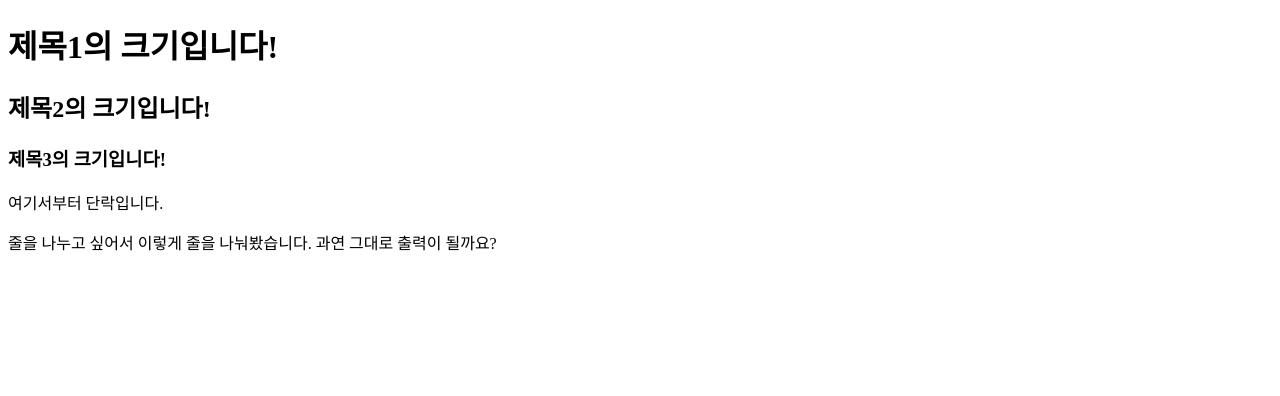
Repository: JaeHyun-Ban/GB_java
Page: TCP_HTML/WebContent/html02_06.html
An editor plug-in stored every save of this project. The page is shown before and after the next save, followed by the edit.
The browser window is 1280 px wide. The pictures show the whole page.

Above is the page before, as saved 2020-08-26 06:50:51.

### TCP_HTML/WebContent/html02_06.html
<!DOCTYPE html>
<html>
<head>
<meta charset="UTF-8">
<title>6) 단락(Paragraph)</title>
</head>
<body>
	<h1>제목1의 크기입니다!</h1>
	<h2>제목2의 크기입니다!</h2>
	<h3>제목3의 크기입니다!</h3>
	<p>여기서부터 단락입니다.</p>

	<p>
	줄을 나누고 싶어서
	이렇게 줄을 나눠봤습니다.

	과연    그대로  출력이  될까요?
	</p>
</body>
</html>

After the next save:
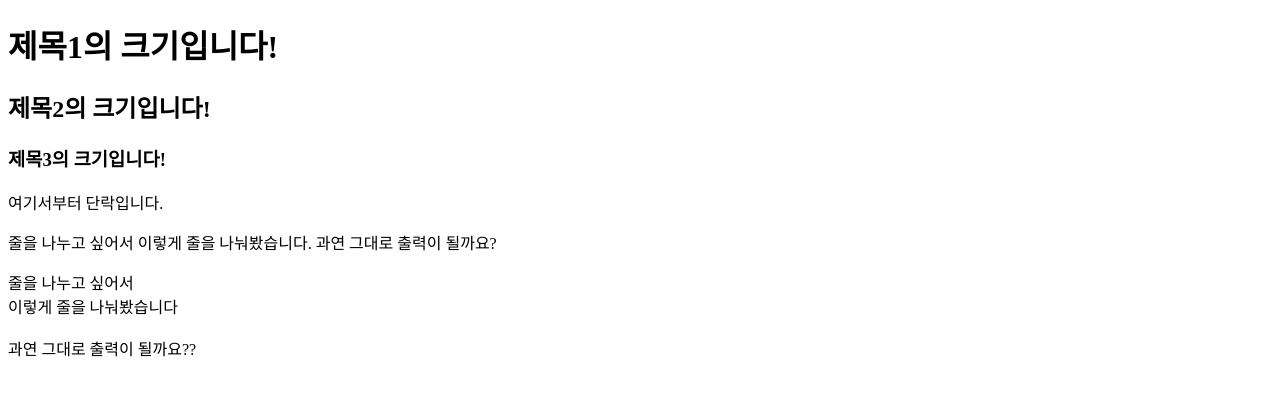
Saved 2 min 42 s later.
--- a/TCP_HTML/WebContent/html02_06.html
+++ b/TCP_HTML/WebContent/html02_06.html
@@ -16,5 +16,13 @@
 
 	과연    그대로  출력이  될까요?
 	</p>
+
+	<p>
+	줄을 나누고 싶어서<br>
+	이렇게 줄을 나눠봤습니다<br>
+	<br>
+	과연    그대로  출력이  될까요??
+	</p>
+
 </body>
 </html>
